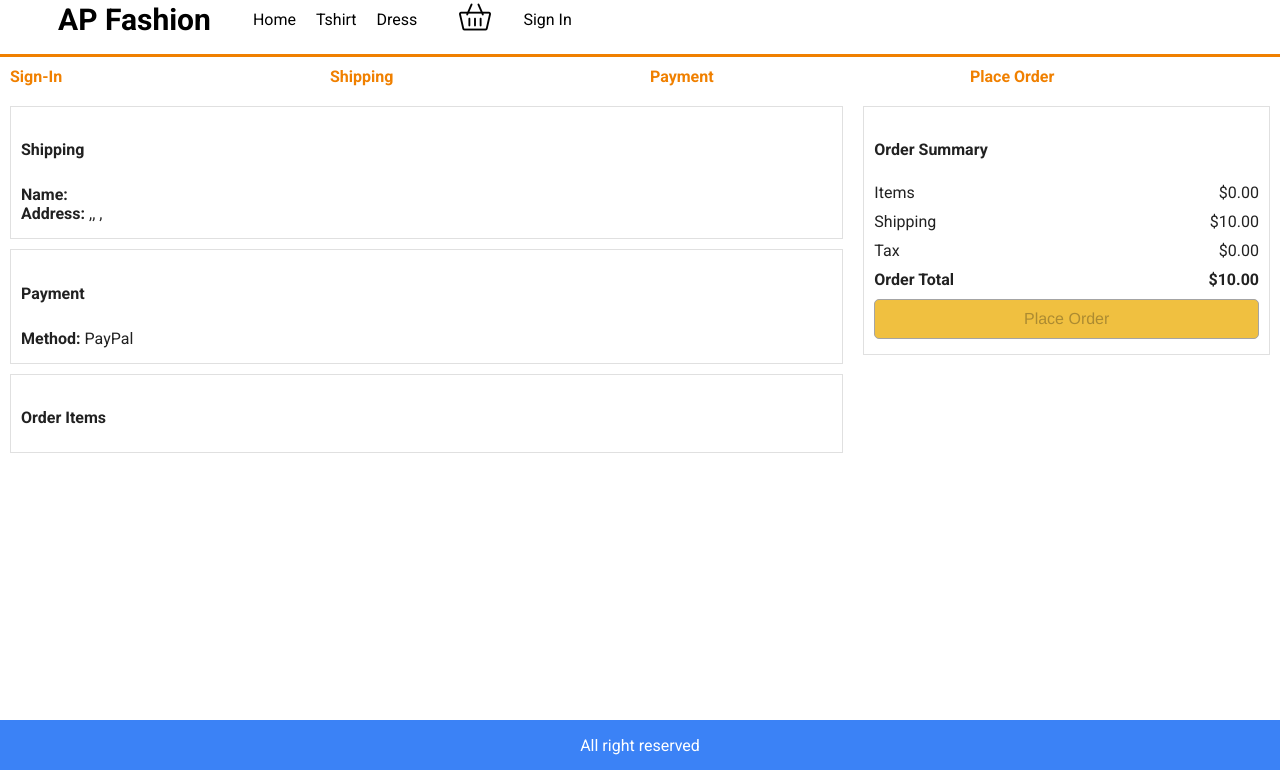
Repository: rexhep/e-commerce
Page: /placeorder (app in frontend/)
These files come from the project's save history. The page is drawn as it stood at one moment and after the next save; the edit follows.
The browser window is 1280 px wide. The pictures show the whole page.
The project was rebuilt for these pictures with package versions that can differ from the ones it lists, and the page was loaded fresh each time. Also part of the build but not shown: frontend/src/actions/cartActions.js, frontend/src/actions/userActions.js, frontend/src/components/clientHeader/ClientHeader.jsx, frontend/src/components/MessageBox.js, frontend/src/pages/CartPage.js, frontend/src/components/LoadingBox.js, frontend/src/components/clientHeader/HeaderSlider.jsx, frontend/src/components/SearchFilters.jsx and 26 more.

Above is the page before, as saved 2021-10-28 01:36:36.

### frontend/public/index.html
<!DOCTYPE html>
<html lang="en">
  <head>
    <meta charset="utf-8" />
    <link rel="icon" href="%PUBLIC_URL%/favicon.ico" />
    <meta name="viewport" content="width=device-width, initial-scale=1" />
    <meta name="theme-color" content="#000000" />
    <meta
      name="description"
      content="Web site created using create-react-app"
    />
    <link rel="apple-touch-icon" href="%PUBLIC_URL%/logo192.png" />
    <!--
      manifest.json provides metadata used when your web app is installed on a
      user's mobile device or desktop. See https://developers.google.com/web/fundamentals/web-app-manifest/
    -->
    <link rel="manifest" href="%PUBLIC_URL%/manifest.json" />
    <!--
      Notice the use of %PUBLIC_URL% in the tags above.
      It will be replaced with the URL of the `public` folder during the build.
      Only files inside the `public` folder can be referenced from the HTML.

      Unlike "/favicon.ico" or "favicon.ico", "%PUBLIC_URL%/favicon.ico" will
      work correctly both with client-side routing and a non-root public URL.
      Learn how to configure a non-root public URL by running `npm run build`.
    -->
    <link
        rel="stylesheet"
        href="https://cdnjs.cloudflare.com/ajax/libs/font-awesome/4.7.0/css/font-awesome.min.css"
      />
      <link rel="preconnect" href="https://fonts.googleapis.com">
      <link href="https://fonts.googleapis.com/css2?family=Roboto:ital,wght@0,100;0,300;0,400;0,500;0,700;0,900;1,100;1,300;1,400;1,500;1,700;1,900&display=swap" rel="stylesheet">
    <title>React App</title>
  </head>
  <body>
    <noscript>You need to enable JavaScript to run this app.</noscript>
    <div id="root"></div>
    <!--
      This HTML file is a template.
      If you open it directly in the browser, you will see an empty page.

      You can add webfonts, meta tags, or analytics to this file.
      The build step will place the bundled scripts into the <body> tag.

      To begin the development, run `npm start` or `yarn start`.
      To create a production bundle, use `npm run build` or `yarn build`.
    -->
  </body>
</html>

### frontend/src/index.js
import React from 'react';
import { Provider } from 'react-redux';
import ReactDOM from 'react-dom';
import './index.css';
import App from './App';
import reportWebVitals from './reportWebVitals';
import store from './store';

ReactDOM.render(
  <Provider store={store}>
    <React.StrictMode>
      <App />
    </React.StrictMode>
  </Provider>,
  document.getElementById('root')
);

// If you want to start measuring performance in your app, pass a function
// to log results (for example: reportWebVitals(console.log))
// or send to an analytics endpoint. Learn more: https://bit.ly/CRA-vitals
reportWebVitals();

### frontend/src/index.css
html {
  font-size: 62.5%; /* 16px x 62.5 = 10px = 1rem */
  box-sizing: border-box;
}

html, body {
  overflow: auto;
}

body {
  margin: 0;
  /* height: 100vh; */
  font-size: 1.6rem;
  font-family: 'Roboto', sans-serif;
  -webkit-font-smoothing: antialiased;
  -moz-osx-font-smoothing: grayscale;
  overflow-x: hidden;
}
#root {
  float: left;
  width: 100%;
  height: 100%;
  min-height: 100vh;
}

/* Layout */
.primary-container {
  margin-top: 20px;
}
.grid-container {
  display: grid;
  grid-template-areas:
  'header'
  'main'
  'footer';
  grid-template-columns: 1fr;
  grid-template-rows: 5rem 1fr 5rem;
  height: 100%;
}

header {
  grid-area: header;
  background-color: #fff;
  height: 50px;
}

main {
  /* grid-area: main;
  padding: 1rem; */
  float: left;
  width: 100%;
  min-height: 100vh;
}

footer {
  grid-area: footer;
  background-color: #3B82F6;
  height: 50px;
  color: #fff;
  float: left;
  width: 100%;
}
/* Common */
h1 {
  font-size: 1.8rem;
  padding: 1rem 0;
}

h2 {
  font-size: 1.6rem;
  padding: 1rem 0;
}
a {
  text-decoration: none;
}
a:hover {
  color: #ff8000;
}
ul {
  padding: 0;
  margin: 0;
  list-style-type: none;
}
li {
  margin-top: 1rem;
}

.mr-20 {
  margin-right: 20px;
}

input,
select,
textarea,
button {
  padding: 1rem;
  border-radius: 0.5rem;
  border: 0.1rem #a4a4a4 solid;
  font-size: 1.6rem;
  font-family: Helvetica, Arial, sans-serif;
  -webkit-font-smoothing: antialiased;
  -moz-osx-font-smoothing: grayscale;
}

button {
  background-color: #f8f8f8;
  cursor: pointer;
}

#fade-button {
  color: #fff;
  font-size: 1.6rem;
}
#fade-button:hover {
  border: none;
}

input:hover,
select:hover,
textarea:hover,
button:hover {
  border: 0.1rem #404040 solid;
}
button.primary {
  background-color: #f0c040;
}
button.block {
  width: 100%;
}

button.small {
  font-size: 1.2rem;
}

/* Header */
header {
  color: #000;
  padding: 1rem;
}
header div a {
  color: #000;
}
a.brand {
  color: #000;
  font-size: 3rem;
  font-weight: bold;
}
.badge {
  background-color: #f02020;
  color: #ffffff;
  border-radius: 50%;
  padding: 0.2rem 0.7rem;
  font-size: 1.4rem;
  margin-left: 0.2rem;
}
.row {
  display: flex;
  flex-wrap: wrap;
  justify-content: space-between;
  align-items: center;
}
.row.center {
  justify-content: center;
}
.row.top {
  align-items: flex-start;
}
.col-1 {
  flex: 1 1 25rem;
}
.col-2 {
  flex: 2 1 50rem;
}

.min-30 {
  min-width: 30rem;
}

/* Image */
img {
  border-radius: 0.5rem;
}
img.small {
  max-width: 5rem;
  width: 100%;
}
img.medium {
  max-width: 29rem;
  width: 100%;
}
img.large {
  width: 100%;
}
img.custom-image {
  max-width: 29rem;
  width: 100%;
  max-height: 600px;
  height: 100%;
}

/* SLIDER */
.slider-cover {
  float: left;
  width: 100%;
  height: 500px;
}

.slider-cover .desc {
  position: absolute;
  left: 50%;
  top: 50%;
  transform: translate(-50%, -50%);
  -ms-transform: translate(-50%, -50%); /* for IE 9 */
  -webkit-transform: translate(-50%, -50%); /* for Safari */
  max-width: 500px;
}

.slider-cover .desc h2.title {
  font-size: 32px;
  color: #fff;
  text-align: center;
  font-weight: 700;
  font-size: 60px;
  text-transform: uppercase;
  margin-bottom: 0;
}

.slider-cover .desc p {
  color: #fff;
  font-size: 16px;
  text-align: center;
  font-weight: 300;
}


/* Card */
.card {
  /* border: 0.1rem #c0c0c0 solid;
  background-color: #f8f8f8;
  border-radius: 0.5rem;
  margin: 1rem; */
  background-color: rgb(255, 255, 255);
  color: rgba(0, 0, 0, 0.87);
  transition: box-shadow 300ms cubic-bezier(0.4, 0, 0.2, 1) 0ms;
  border: 1px solid rgba(0, 0, 0, 0.12);
  overflow: hidden;
  border-radius: 0;
  margin: 1rem;
}
.card-body {
  padding: 1rem;
}

.card-body > * {
  margin-bottom: 0.5rem;
}

.custom-card {
  overflow: visible !important;
}

.custom-item, .custom-card {
  box-shadow: none !important;
  border-radius: 0 !important;
}

.custom-item {
  border:solid 1px #ccc9c9;
}

.custom-card-content a h2 {
  font-size: 18px;
  color: #1F2937;
  font-weight: 300;
    text-transform: uppercase;
}

.custom-card-content .rating span {
  font-size: 14px;
  font-weight: 300;
}

.custom-card-content .price {
  font-size: 18px;
  font-weight: 700;
  padding-top: 20px;
}

.custom-card img {
  border-radius: 0;
}

.test {
  z-index: 9999;
  background-color: red;
}

.price {
  font-size: 2rem;
}

/* Rating */
.rating span {
  color: #f0c040;
  margin: 0.1rem;
}
.rating span:last-child {
  color: #404040;
}

/* Alert */
.loading {
  display: block !important;
}
.success {
  color: #20a020;
}
.danger {
  color: #a02020;
}

.alert {
  padding: 1rem;
  border: 0.1rem solid transparent;
  border-radius: 0.5rem;
}
.alert-info {
  color: #2020a0;
  background-color: #e0e0ff;
}
.alert-danger {
  color: #a02020;
  background-color: #ffe0e0;
}

.alert-success {
  color: #20a020;
  background-color: #eeffe0;
}

/* Form */
.form {
  max-width: 60rem;
  margin: 0 auto;
}
.form > div {
  display: flex;
  flex-direction: column;
  margin: 1rem;
}
.form label {
  margin: 1rem 0;
}

/* Dropdown */
.dropdown {
  display: inline-block;
  position: relative;
}
.dropdown-content {
  position: absolute;
  display: none;
  right: 0;
  min-width: 12rem;
  padding: 1rem;
  z-index: 1;
  background-color: #203040;
  margin: 0;
  margin-top: 0.4rem;
  border-radius: 0.5rem;
}
.dropdown:hover .dropdown-content {
  display: block;
}

/* Checkout Steps */
.checkout-steps > div {
  border-top: 0.3rem #c0c0c0 solid;
  color: #c0c0c0;
  flex: 1;
  padding: 1rem;
  font-weight: bold;
}
.checkout-steps > div.active {
  border-top-color: #f08000;
  color: #f08000;
}

/* Table */
.table {
  width: 100%;
  border-collapse: collapse;
}
.table tbody tr:nth-of-type(odd) {
  background-color: #f4f4f4;
}
.table td,
.table th {
  text-align: left;
  border: 0.1rem solid #e4e4e4;
  padding: 0.5rem;
}
.table button {
  margin: 0 0.2rem;
}

/* font-SIZE */
.fontSize, .fontSize a {
  font-size: 1.6rem !important;
  color: #333 !important;
}
.fontSize-avatar {
  color: #000;
  font-size: 1.6rem !important;
}

/* AVATAR ICON */
.avatar-icon {
  margin-left: 10px !important;
}
.avatar-icon:hover {
  border: 0;
}

/* SPINNER */
.spinner-box {
  width: 100%;
  height: 85vh;
  display: flex;
  justify-content: center;
  align-items: center;
  background-color: transparent;
}
.three-quarter-spinner {
  width: 50px;
  height: 50px;
  border: 3px solid #fb5b53;
  border-top: 3px solid transparent;
  border-radius: 50%;
  animation: spin .5s linear 0s infinite;
}

/* END SPINNER */

/* PRODUCT DETAILS */
.product-details {
  padding: 20px;
}
.product-details-image {
  width: 100%;
}

.product-details-image img {
  width: auto;
  max-height: 500px;
  margin: 0 auto;
  display: block;
  border: solid 1px;
  border-radius: 0;
}

.product-details h1 {
  text-transform: uppercase;
  font-family: 'Roboto', sans-serif;
}

.product-details ul li {
  font-family: 'Roboto', sans-serif;
  font-weight: 300;
}

/* END PRODUCT DETAILS */

/* SEARCH FILTER */
.search-filter-main {
  display: block;
  float: left;
  width: 100%;
}
.search-filters {
  display: flex;
  align-items: center;
  justify-content: space-between;
  padding: 15px 0;
  margin: 40px 0;
  border-top: 1px dashed rgba(#2e7bf7, 0.1);
  border-bottom: 1px dashed rgba(#2e7bf7, 0.1);
}
.search-filters input[type="text"] {
  display: block;
  flex: 1;
  padding: 10px 0;
  outline: none;
  font-family: inherit;
  font-size: 20px;
  font-weight: 300;
  color: #000;
  border: none;
  background: none;
}
.search-filters::placeholder {
  font-style: italic;
  color: rgba(#000, 0.3);
}

.search-filters > div {
  display: flex;
  align-items: center;
}

.search-filters > p {
    margin: 0 20px 0 0;
    font-size: 14px;
    font-style: italic;
    font-weight: 400;
    text-align: right;
}

.search-filters > span {
  display: inline-block;
  margin-left: 10px;
  font-size: 12px;
}


.search-filters .slider {
  min-width: 200px;
  height: 30px;
}

.search-filters .slider .track {
    top: 50%;
    height: 8px;
    margin: -4px 0 0;
    background: #3B82F6;
    border-radius: 99px;
  }

  .search-filters .slider .track-1 {
    background:#2868cf
  }

  .search-filters .slider .thumb {
    top: 50%;
    width: 20px;
    height: 20px;
    cursor: pointer;
    outline: none;
    transform: translate(0, -50%);
    background: #3B82F6;
    border-radius: 4px;
    transition: 120ms background-color;
  }

  .search-filters .slider:before {
      content: attr(aria-valuenow);
      position: absolute;
      left: 50%;
      bottom: 100%;
      font-size: 12px;
      font-style: italic;
      line-height: 20px;
      padding: 0 5px;
      color: #fff;
      background: rgba(#000, 0.8);
      border-radius: 4px;
      opacity: 0;
      transform: translate(-50%, -5px) scale(0.5);
      transform-origin: center 25px;
      transition: 120ms transform ease-in-out, 120ms opacity;
      pointer-events: none;
    }

    .search-filters .slider:after {
      content: '';
      position: absolute;
      left: 50%;
      bottom: 100%;
      opacity: 0;
      border: 3px solid transparent;
      border-top-color: rgba(#000, 0.8);
      transform: translate(-50%, 0) scale(0.5);
      transform-origin: center bottom;
      transition: 120ms transform ease-in-out, 120ms opacity;
      pointer-events: none;
    }

  .search-filters .slider:hover:before, .search-filters .slider:hover.active:before {
      opacity: 1;
      transform: translate(-50%, -5px) scale(1);
    }

  .search-filters .slider:hover:after, .search-filters .slider:hover:after {
    opacity: 1;
    transform: translate(-50%, 1px) scale(1);
    }
/* END SEARCH FILTER */

/* IMAGE DETAILS */
.carousel-container {
  margin: 20px;
}

.selected-image {
  width: 100%;
  height: 500px;
  margin-bottom: 8px;
  background-position: center center;
  background-repeat: no-repeat;
  background-size: cover;
}

.carousel {
  position: relative;
}

/* .carousel__images {
  display: flex;
  max-width: 100%;
  overflow-x: hidden;
} */

.carousel__image-selected {
  border: 3px solid #ffa700 !important;
}

.carousel__image {
  margin-right: 10px;
  height: 150px;
  /* min-width: 150px; */
  border: 3px solid #ffa70000;
  background-position: center center;
  background-repeat: no-repeat;
  background-size: cover;
}

.carousel__button {
  position: absolute;
  top: 40%;
}

.carousel__button-left {
  left: 10px;
  background-image: url('./pages/products/images/prev.png');
  background-repeat: no-repeat;
  width: 50px;
  height: 50px;
  background-position: center;
  border-radius: 50%;
  border: none;
  background-color: #fff;
  box-shadow: 0px 5px 25px 0px rgb(0 0 0 / 10%);
  z-index: 9999;
}

.carousel__button-right {
  right: 10px;
  background-image: url('./pages/products/images/next.png');
  background-repeat: no-repeat;
  width: 50px;
  height: 50px;
  background-position: center;
  border-radius: 50%;
  border: none;
  background-color: #fff;
  box-shadow: 0px 5px 25px 0px rgb(0 0 0 / 10%);
  z-index: 9999;
}
/* END IMAGE_DETAILS */

/* KEYFRAMES */

@keyframes spin {
  from {
    transform: rotate(0);
  }
  to{
    transform: rotate(359deg);
  }
}

@keyframes spin3D {
  from {
    transform: rotate3d(.5,.5,.5, 360deg);
  }
  to{
    transform: rotate3d(0deg);
  }
}

@keyframes configure-clockwise {
  0% {
    transform: rotate(0);
  }
  25% {
    transform: rotate(90deg);
  }
  50% {
    transform: rotate(180deg);
  }
  75% {
    transform: rotate(270deg);
  }
  100% {
    transform: rotate(360deg);
  }
}

@keyframes configure-xclockwise {
  0% {
    transform: rotate(45deg);
  }
  25% {
    transform: rotate(-45deg);
  }
  50% {
    transform: rotate(-135deg);
  }
  75% {
    transform: rotate(-225deg);
  }
  100% {
    transform: rotate(-315deg);
  }
}

@keyframes pulse {
  from {
    opacity: 1;
    transform: scale(1);
  }
  to {
    opacity: .25;
    transform: scale(.75);
  }
}

### frontend/src/components/privateRoute.js
import React from 'react';
import { useSelector } from 'react-redux';
import { Redirect, Route } from 'react-router-dom';

export default function PrivateRoute({ component: Component, ...rest }) {
    const userSignin = useSelector((state) => state.userSignin);
    const { userInfo } = userSignin;
    return (
        <Route
            {...rest}
            render={(props) =>
                userInfo ? (
                    <Component {...props}></Component>
                ) : (
                    <Redirect to="/signin" />
                )
            }
        ></Route>
    );
}

### frontend/src/components/AdminRoute.js
import React from 'react';
import { useSelector } from 'react-redux';
import { Redirect, Route } from 'react-router-dom';

export default function AdminRoute({ component: Component, ...rest }) {
    const userSignin = useSelector((state) => state.userSignin);
    const { userInfo } = userSignin;
    return (
        <Route
            {...rest}
            render={(props) =>
                userInfo && userInfo.isAdmin ? (
                    <Component {...props}></Component>
                ) : (
                    <Redirect to="/signin" />
                )
            }
        ></Route>
    )
}

### frontend/src/reducers/ratingsReducers.js
import { PRODUCT_RATINGS_FAIL, PRODUCT_RATINGS_REQUEST, PRODUCT_RATINGS_SUCCESS } from "../constants/ratingsConstants";

export const productRatingsReducer = (state = { loading: true, ratings: [] }, action) => {
    switch (action.type) {
        case PRODUCT_RATINGS_REQUEST:
            return { loading: true };
        case PRODUCT_RATINGS_SUCCESS:
            return { loading: false, item: action.payload }
        case PRODUCT_RATINGS_FAIL:
            return { loading: false, error: action.payload };
        default:
            return state;
    }
}

### frontend/src/components/clientHeader/ClientNavbar.jsx
import React from 'react';
import { useSelector } from 'react-redux';
import { Link } from 'react-router-dom';
import Container from '@mui/material/Container';
import Box from '@mui/material/Box';
import Grid from '@mui/material/Grid';
import { makeStyles } from '@material-ui/core';
import addToCartImage from '../../components/clientHeader/images/shopping-cart-2.png';
import ClientHeader from '../clientHeader/ClientHeader';

const useStyles = makeStyles((theme) => ({
    dashboardDropdown: {
        padding: "0px 10px",
        '& a': {
            textTransform: 'uppercase'
        }
    },
    addToCartSector: {
        position: 'relative',
        marginLeft: 'auto',
        '& .badge': {
            position: "absolute",
            right: -15
        }
    },
    rowHeader: {
        display: "flex",
        alignItems: "center",
        justifyContent: "flex-end",
        flexWrap: "wrap",
        rowGap: "10px",
        columnGap: "2em"
    },
    navMenu: {
        float: 'left',
        '& a': {
            padding: "10px 10px"
        }
    }
  }));

export default function ClientNavbar() {
    const classes = useStyles();
    const cart = useSelector(state => state.cart);
    const { cartItems } = cart;

    const links = [
        {
          name: `Tshirt`,
          target: `/products/tshirt`
        },
        {
          name: `Dress`,
          target: `/products/dress`
        }
      ];


    const userSignin = useSelector((state) => state.userSignin);
    const { userInfo } = userSignin;

    return (
        <Container maxWidth="lg" className={classes.customContainer}>
            <Box sx={{ flexGrow: 1 }}>
                <Grid container spacing={2}>
                    <div>
                        <header className={classes.rowHeader}>
                            <div>
                                <Link className="brand" to="/">AP Fashion</Link>
                            </div>
                            <div className={classes.navMenu}>
                                <Link to="/">Home</Link>
                                {
                                    links.map((link) => {
                                        return(
                                            <Link to={link.target}>{link.name}</Link>
                                        )
                                    })
                                }
                            </div>
                            <div className={classes.addToCartSector}>
                                <Link to="/cart">
                                <img src={addToCartImage} alt="Add to cart" />
                                    {cartItems.length > 0 && (
                                        <span className="badge">{cartItems.length}</span>
                                    )}
                                </Link>
                            </div>
                            <div>
                                {userInfo ? (
                                    <div className="dropdown">
                                        <ClientHeader />
                                    </div>
                                ) : (
                                    <Link to="/signin">Sign In</Link>
                                )}
                                {userInfo && userInfo.isAdmin && (
                                    <div className={`${classes.dashboardDropdown} dropdown`}>
                                        <Link to="/dashboard">Dashboard</Link>
                                    </div>
                                )}
                            </div>
                        </header>
                    </div>
                </Grid>
            </Box>
        </Container>
    )
}

### frontend/src/components/CheckoutSteps.js
import React from 'react'

export default function CheckoutSteps(props) {
    return (
        <div className="row checkout-steps">
            <div className={props.step1 ? 'active' : ''}>Sign-In</div>
            <div className={props.step2 ? 'active' : ''}>Shipping</div>
            <div className={props.step3 ? 'active' : ''}>Payment</div>
            <div className={props.step4 ? 'active' : ''}>Place Order</div>
        </div>
    )
}

### frontend/src/constants/userConstants.js
export const USER_REGISTER_REQUEST = 'USER_REGISTER_REQUEST';
export const USER_REGISTER_SUCCESS = 'USER_REGISTER_SUCCESS';
export const USER_REGISTER_FAIL = 'USER_REGISTER_FAIL';

export const USER_SIGNIN_REQUEST = 'USER_SIGNIN_REQUEST';
export const USER_SIGNIN_SUCCESS = 'USER_SIGNIN_SUCCESS';
export const USER_SIGNIN_FAIL = 'USER_SIGNIN_FAIL';

export const USER_SIGNOUT = 'USER_SIGNOUT';

export const USER_DETAILS_REQUEST = 'USER_DETAILS_REQUEST';
export const USER_DETAILS_SUCCESS = 'USER_DETAILS_SUCCESS';
export const USER_DETAILS_FAIL = 'USER_DETAILS_FAIL';

export const USER_UPDATE_PROFILE_REQUEST = 'USER_UPDATE_PROFILE_REQUEST';
export const USER_UPDATE_PROFILE_SUCCESS = 'USER_UPDATE_PROFILE_SUCCESS';
export const USER_UPDATE_PROFILE_FAIL = 'USER_UPDATE_PROFILE_FAIL';
export const USER_UPDATE_PROFILE_RESET = 'USER_UPDATE_PROFILE_RESET';

export const ADMIN_ALL_USERS_REQUEST = 'ADMIN_ALL_USERS_REQUEST';
export const ADMIN_ALL_USERS_SUCCESS = 'ADMIN_ALL_USERS_SUCCESS';
export const ADMIN_ALL_USERS_FAIL = 'ADMIN_ALL_USERS_FAIL';

### frontend/src/constants/productContants.js
export const PRODUCT_LIST_REQUEST = 'PRODUCT_LIST_REQUEST';
export const PRODUCT_LIST_SUCCESS = 'PRODUCT_LIST_SUCCESS';
export const PRODUCT_LIST_FAIL = 'PRODUCT_LIST_FAIL';
export const PRODUCT_LIST_RESET = 'PRODUCT_LIST_RESET';

export const PRODUCT_DETAILS_REQUEST = 'PRODUCT_DETAILS_REQUEST';
export const PRODUCT_DETAILS_SUCCESS = 'PRODUCT_DETAILS_SUCCESS';
export const PRODUCT_DETAILS_FAIL = 'PRODUCT_DETAILS_FAIL';

export const PRODUCT_REGISTER_REQUEST = 'PRODUCT_REGISTER_REQUEST';
export const PRODUCT_REGISTER_SUCCESS = 'PRODUCT_REGISTER_SUCCESS';
export const PRODUCT_REGISTER_FAIL = 'PRODUCT_REGISTER_FAIL';

export const PRODUCT_BY_CATEGORY_REQUEST = 'PRODUCT_BY_CATEGORY_REQUEST';
export const PRODUCT_BY_CATEGORY_SUCCESS = 'PRODUCT_BY_CATEGORY_SUCCESS';
export const PRODUCT_BY_CATEGORY_FAIL = 'PRODUCT_BY_CATEGORY_FAIL';
export const PRODUCT_BY_CATEGORY_RESET = 'PRODUCT_BY_CATEGORY_RESET'

### frontend/src/constants/ratingsConstants.js
export const PRODUCT_RATINGS_REQUEST = 'PRODUCT_RATINGS_REQUEST';
export const PRODUCT_RATINGS_SUCCESS = 'PRODUCT_RATINGS_SUCCESS';
export const PRODUCT_RATINGS_FAIL = 'PRODUCT_RATINGS_FAIL';

Loaded but not shown: frontend/src/reportWebVitals.js (common file); frontend/src/constants/cartContstant.js (common file); frontend/src/pages/PlaceOrderPage.js (146 lines, source omitted); frontend/src/actions/orderActions.js (153 lines, source omitted); frontend/src/reducers/orderReducers.js (108 lines, source omitted); frontend/src/actions/productActions.js (93 lines, source omitted); frontend/src/reducers/userReducer.js (70 lines, source omitted); frontend/src/App.js (52 lines, source omitted); frontend/src/store.js (57 lines, source omitted); frontend/src/reducers/productReducers.js (62 lines, source omitted); frontend/src/reducers/cartReducers.js (39 lines, source omitted); frontend/src/constants/orderConstants.js (26 lines, source omitted)

After the next save:
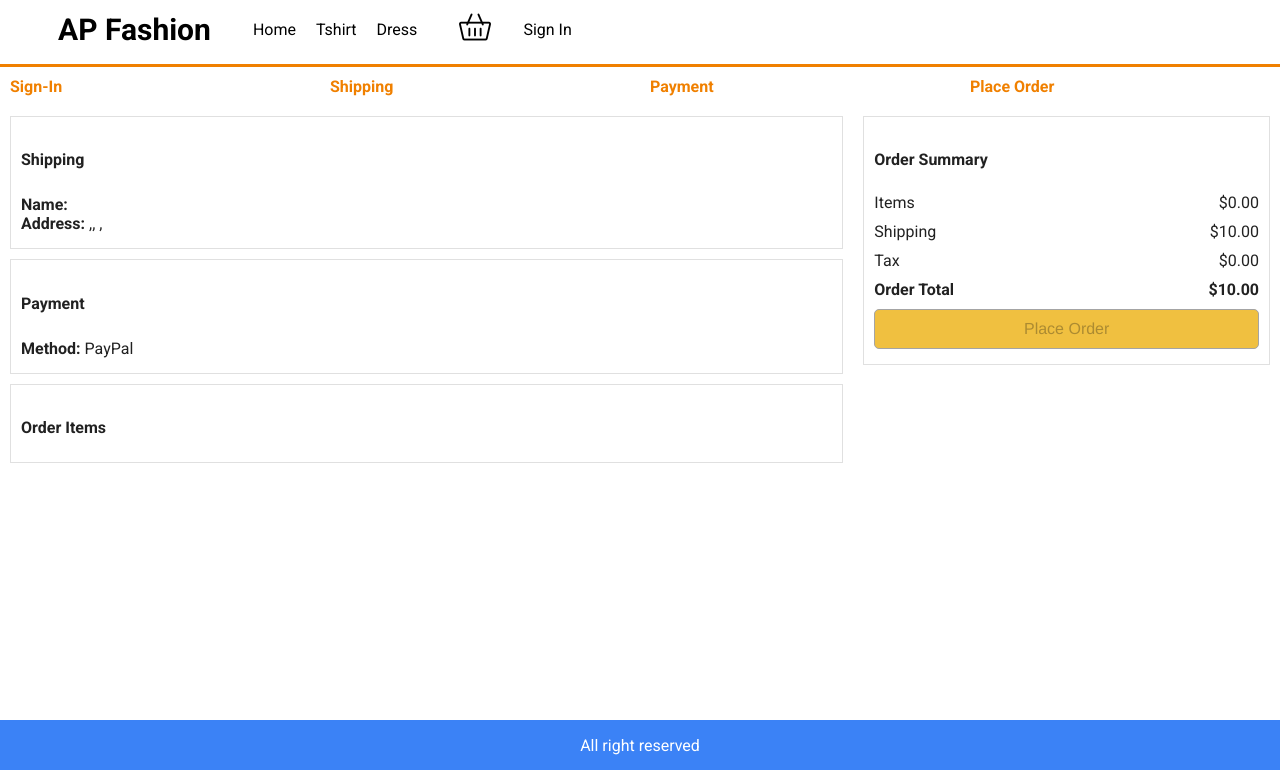
Saved 67 s later.
--- a/frontend/src/components/clientHeader/ClientNavbar.jsx
+++ b/frontend/src/components/clientHeader/ClientNavbar.jsx
@@ -36,6 +36,11 @@ const useStyles = makeStyles((theme) => ({
         '& a': {
             padding: "10px 10px"
         }
+    },
+    headerGridContainer: {
+        width: "100%",
+        display: "block",
+        paddingTop: 10
     }
   }));
 
@@ -62,7 +67,7 @@ export default function ClientNavbar() {
     return (
         <Container maxWidth="lg" className={classes.customContainer}>
             <Box sx={{ flexGrow: 1 }}>
-                <Grid container spacing={2}>
+                <Grid container spacing={2} className={classes.headerGridContainer}>
                     <div>
                         <header className={classes.rowHeader}>
                             <div>
